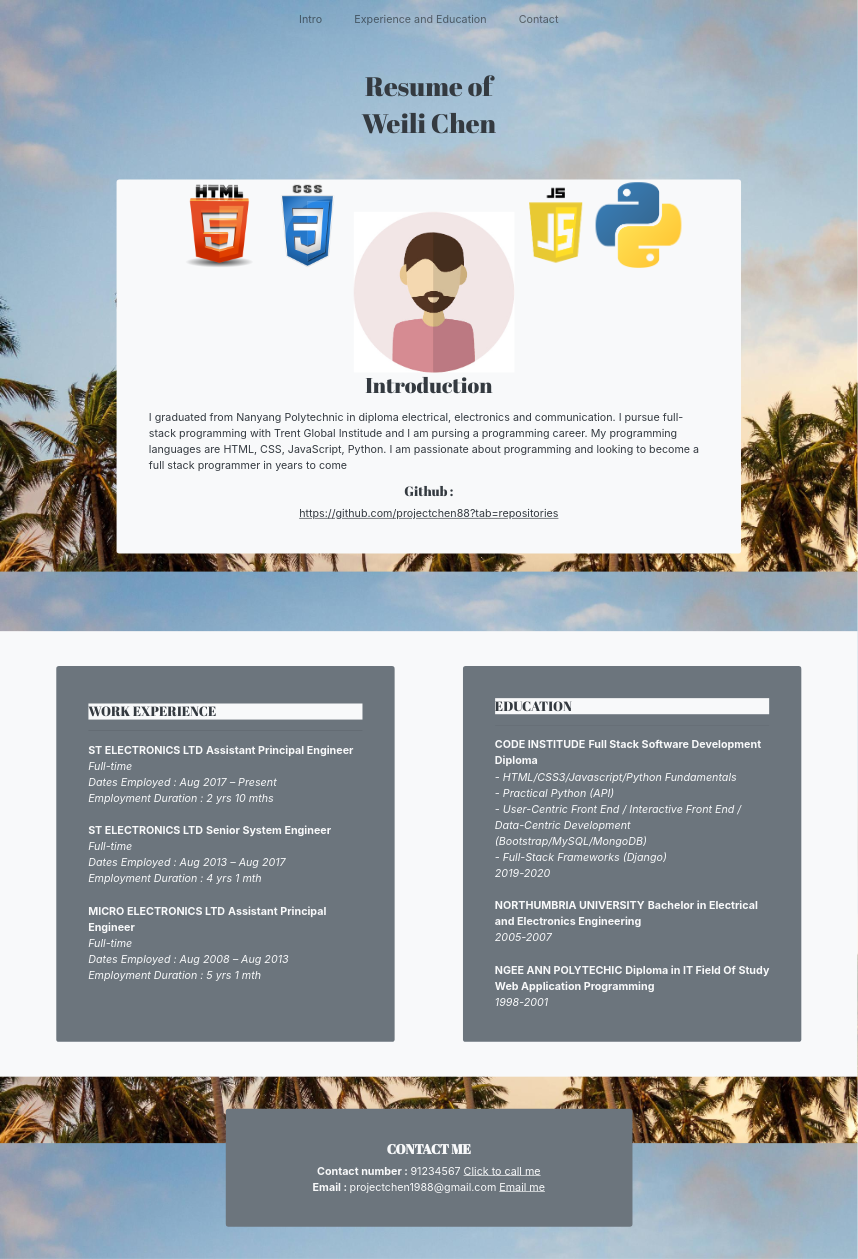
Repository: projectchen88/firstproject
Page: index.html
The author's editor kept a record of every edit. The page is drawn from the files as they stood at one moment, then again after the next edit.
The browser window is 1280 px wide. The pictures show the whole page, at 67% of full size.
Backgrounds fixed to the window are drawn as part of the page. Some web libraries are served in a nearby version.

Above is the page before.

After the next edit:
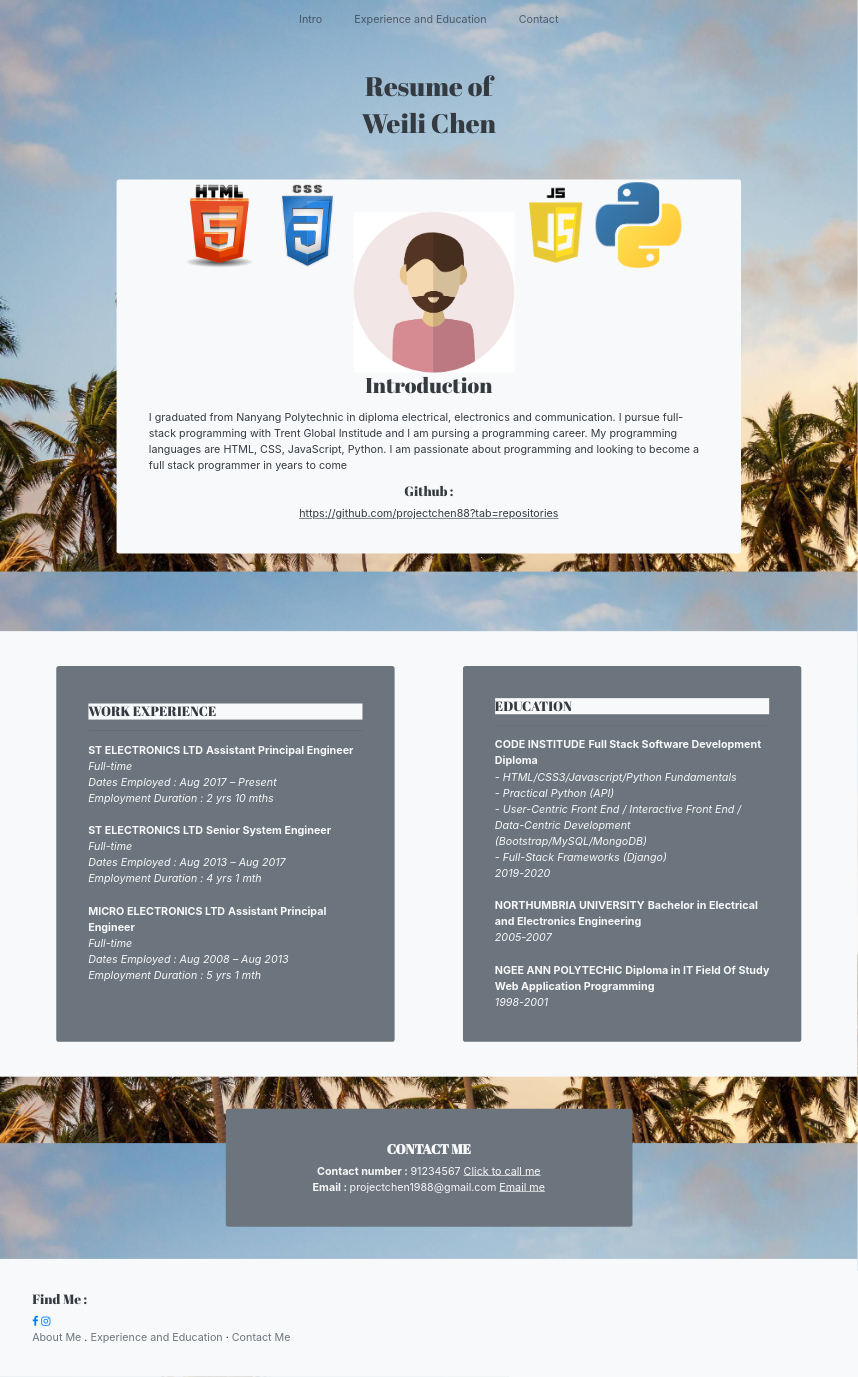
The edit:
--- a/index.html
+++ b/index.html
@@ -150,6 +150,22 @@
             </div>
         </div>
     </section>
+    <!--end of scontact-->
+
+        <!--Footer Section-->
+    <footer class='container-fluid bg-light p-5'>
+        <div>
+            <h5 class='text-dark'>Find Me :</h5>
+            <a href="https://www.facebook.com/weili.chen.50" target="_blank" class="fa fa-facebook"></a>
+            <a href="https://www.instagram.com/rockkkychen/" target="_blank" class="fa fa-instagram"></a>
+            <div>
+                <a class="text-muted" href="#page-intro">About Me</a> .
+                <a class="text-muted" href="#background">Experience and Education</a> ·
+                <a class="text-muted" href="#contact">Contact Me</a>
+            </div>
+        </div>
+    </footer>
+    <!--end of footer-->
 
     <!-- Optional JavaScript -->
     <!-- jQuery first, then Popper.js, then Bootstrap JS -->
